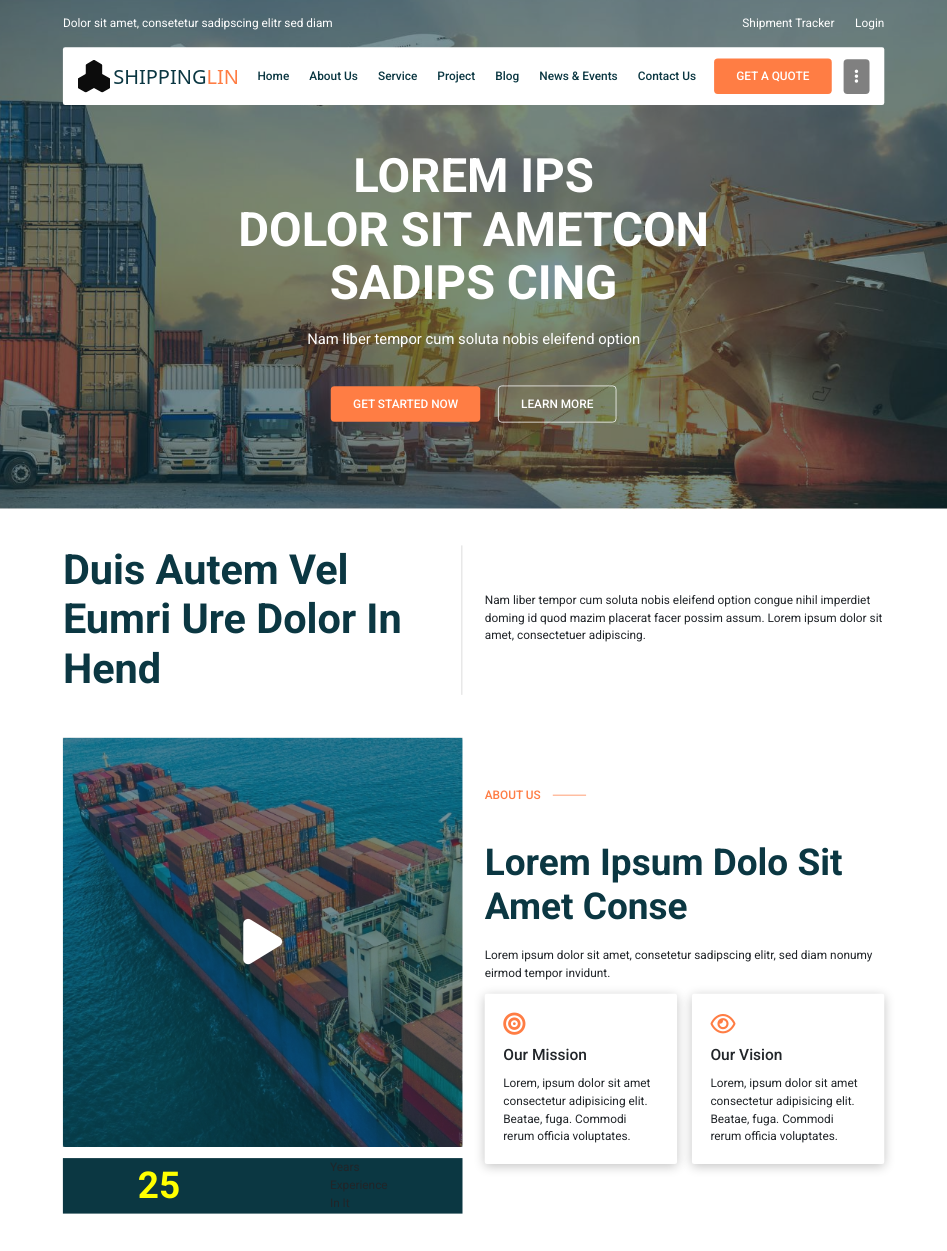
Repository: nazmulalok/shipping-template
Page: index.html
The author's editor kept a copy of each file at every save. The page is drawn from the files as they stood at one save, then again after the next save.
The browser window is 1280 px wide. The pictures show the whole page, at 74% of full size.
Some web libraries are served in a nearby version.

Above is the page before, as saved 2022-10-08 19:02:36.

### index.html
<!DOCTYPE html>
<html lang="en">

    <head>
        <meta charset="UTF-8">
        <meta http-equiv="X-UA-Compatible" content="IE=edge">
        <meta name="viewport" content="width=device-width, initial-scale=1.0">
        <link rel="preconnect" href="https://fonts.googleapis.com">
        <link rel="preconnect" href="https://fonts.gstatic.com" crossorigin>
        <link
            href="https://fonts.googleapis.com/css2?family=Roboto:ital,wght@0,300;0,400;0,500;0,700;0,900;1,300;1,400;1,500;1,700;1,900&display=swap"
            rel="stylesheet">
        <link rel="stylesheet" href="https://cdnjs.cloudflare.com/ajax/libs/font-awesome/6.2.0/css/all.min.css"
            integrity="sha512-xh6O/CkQoPOWDdYTDqeRdPCVd1SpvCA9XXcUnZS2FmJNp1coAFzvtCN9BmamE+4aHK8yyUHUSCcJHgXloTyT2A=="
            crossorigin="anonymous" referrerpolicy="no-referrer" />
        <link rel="stylesheet" href="https://cdn.jsdelivr.net/npm/bootstrap@4.0.0/dist/css/bootstrap.min.css"
            integrity="sha384-Gn5384xqQ1aoWXA+058RXPxPg6fy4IWvTNh0E263XmFcJlSAwiGgFAW/dAiS6JXm" crossorigin="anonymous">
        <link rel="stylesheet" href="style.css">
        <title>Document</title>
    </head>

    <body>
        <header class="header-top">
            <div class="container">
                <div class="top-bar">
                    <p class="m-0">Dolor sit amet, consetetur sadipscing elitr sed diam</p>
                    <div>
                        <span class="mr-4">Shipment Tracker</span>
                        <span>Login</span>
                    </div>
                </div>
                <div class="header-area">
                    <div class="logo">
                        <img src="images/box.svg" alt="Logo Box" class="me-2">
                        <img src="images/shipping-logo.svg" alt="Shipping Logo">
                    </div>
                    <nav>
                        <ul>
                            <li><a href="#">Home</a></li>
                            <li><a href="#">About Us</a></li>
                            <li><a href="#">Service</a></li>
                            <li><a href="#">Project</a></li>
                            <li><a href="#">Blog</a></li>
                            <li><a href="#">News & Events</a></li>
                            <li><a href="#">Contact Us</a></li>
                        </ul>
                    </nav>
                    <div class="nav-btn">
                        <a class="common-btn mr-3" href="#">Get A Quote</a>
                        <i class="fa-solid fa-ellipsis-vertical"></i>
                    </div>
                </div>
            </div>
        </header>
        <!-- Slider -->
        <section>
            <div class="main-slider">
                <div class="container">
                    <div class="slide-content">
                        <div class="slide-text">
                            <div class="slider-title mb-4">Lorem ips<br>
                                dolor sit ametcon<br>
                                sadips cing</div>
                            <p>Nam liber tempor cum soluta nobis eleifend option</p>
                            <div class="sliderBtn mt-5"><a class="common-btn mr-4" href="#">Get Started Now</a><a
                                    class="common-btn outline-btn" href="#">Learn More</a></div>
                        </div>
                    </div>
                </div>
            </div>
        </section>
        <!-- Slider Ends -->
        <div class="common-sec">
            <div class="container">
                <div class="row align-items-center">
                    <div class="col-lg-6">
                        <h1 class="border-heading">Duis Autem Vel Eumri
                            Ure Dolor In Hend</h1>
                    </div>
                    <div class="col-lg-6">
                        <p class="ms-4">Nam liber tempor cum soluta nobis eleifend option congue nihil imperdiet doming
                            id quod mazim
                            placerat facer possim assum. Lorem ipsum dolor sit amet, consectetuer adipiscing.</p>
                    </div>
                </div>
                <div class="row align-items-center mt-5">
                    <div class="col-lg-6">
                        <div class="video-box img-box img-shadow">
                            <img src="images/ship-products.jpg" alt="Ship Products" />
                            <a data-fancybox="" href="" class="video-btn">
                                <i class="fa fa-play"></i>
                            </a>
                        </div>
                        <div class="exp-section">
                            <div class="exp-title">
                                25
                            </div>
                            <div class="exp-paragraph">
                                Years <br>Experience <br>In It
                            </div>
                        </div>
                    </div>
                    <div class="col-lg-6">
                        <span class="sp-title">About Us</span>
                        <h2 class="mb-4">Lorem Ipsum Dolo
                            Sit Amet Conse</h2>
                        <p>Lorem ipsum dolor sit amet, consetetur sadipscing elitr, sed diam nonumy eirmod tempor
                            invidunt.</p>
                        <div class="boxes">
                            <div class="common-box">
                                <div class="content">
                                    <i class="fa-solid fa-bullseye"></i>
                                    <div class="box-title">
                                        Our Mission
                                    </div>
                                    <p>Lorem, ipsum dolor sit amet consectetur adipisicing elit. Beatae, fuga. Commodi
                                        rerum
                                        officia voluptates.</p>
                                </div>
                            </div>
                            <div class="common-box">
                                <div class="content">
                                    <i class="fa-regular fa-eye"></i>
                                    <div class="box-title">
                                        Our Vision
                                    </div>
                                    <p>Lorem, ipsum dolor sit amet consectetur adipisicing elit. Beatae, fuga. Commodi
                                        rerum
                                        officia voluptates.</p>
                                </div>
                            </div>
                        </div>
                    </div>
                </div>
            </div>
        </div>














        <script src="https://code.jquery.com/jquery-3.2.1.slim.min.js"
            integrity="sha384-KJ3o2DKtIkvYIK3UENzmM7KCkRr/rE9/Qpg6aAZGJwFDMVNA/GpGFF93hXpG5KkN"
            crossorigin="anonymous"></script>
        <script src="https://cdn.jsdelivr.net/npm/popper.js@1.12.9/dist/umd/popper.min.js"
            integrity="sha384-ApNbgh9B+Y1QKtv3Rn7W3mgPxhU9K/ScQsAP7hUibX39j7fakFPskvXusvfa0b4Q"
            crossorigin="anonymous"></script>
        <script src="https://cdn.jsdelivr.net/npm/bootstrap@4.0.0/dist/js/bootstrap.min.js"
            integrity="sha384-JZR6Spejh4U02d8jOt6vLEHfe/JQGiRRSQQxSfFWpi1MquVdAyjUar5+76PVCmYl"
            crossorigin="anonymous"></script>
    </body>

</html>

### style.css
/* Common CSS Starts*/
*,
*::before,
*::after {
    box-sizing: border-box;
    margin: 0;
    padding: 0;
}

html {
    scroll-behavior: smooth;
}

:root {
    --main-color: #FF7D44;
    --secondary-color: #0B3742;
    --tertiary-color: #FFFFFF;
}

body {
    font-family: 'Roboto', sans-serif;
}

a.white-space {
    white-space: nowrap;
}

/* Common CSS Ends */

/* slider style starts */

.main-slider>* {
    z-index: 10;
}

.main-slider {
    background: url(images/shipping-banner.jpg);
    height: 700px;
    width: 100%;
    background-size: cover;
    background-repeat: no-repeat;
    background-position: center;
    position: relative;
    display: flex;
    align-items: center;
    transition: all 1s;
    margin-top: -155px;
    z-index: 50;
}

.main-slider:before {
    content: '';
    width: 100%;
    height: 100%;
    top: 0;
    left: 0;
    position: absolute;
    background-color: rgb(11 55 66 / 55%);
    z-index: 1;
}

.slide-content {
    text-align: center;
}

.slide-text {
    color: var(--tertiary-color);
    padding-top: 100px;
}

.slider-title {
    font-size: 4rem;
    font-weight: 600;
    line-height: 4.5rem;
    text-transform: uppercase;
}

.slide-text p {
    font-size: 20px;
}

a.common-btn {
    display: inline-block;
    text-decoration: none;
    color: var(--tertiary-color);
    background: var(--main-color);
    padding: 12px 30px;
    border-radius: 5px;
    font-size: 16px;
    font-weight: 500;
    text-transform: uppercase;
    transition: all 1s ease;
}

a.common-btn:hover {
    background: var(--tertiary-color);
    color: var(--secondary-color);
}

a.common-btn.outline-btn {
    background: transparent !important;
    border: 1px solid var(--tertiary-color);
}

a.common-btn.outline-btn:hover {
    background: var(--tertiary-color) !important;
}

/* Header style starts */

.header-top {
    z-index: 100;
    background: transparent;
    position: relative;
}

.top-bar,
.header-area {
    display: flex;
    justify-content: space-between;
    align-items: center;
    color: var(--tertiary-color);
}

.top-bar {
    padding: 20px 0px;
}

.header-area {
    background: var(--tertiary-color);
    padding: 15px 20px;
    border-radius: 3px;
}

nav ul {
    list-style-type: none;
    color: var(--secondary-color);
    display: flex;
    gap: 1.7rem;
    margin: 0;
}

nav ul a {
    color: var(--secondary-color);
    text-decoration: none;
    font-size: 16px;
    font-weight: 500;
    transition: all 0.5s;
}

nav ul a:hover {
    color: var(--main-color);
    transition: all 0.5s;
}

.nav-btn {
    align-items: center;
    display: flex;
}

.nav-btn i {
    color: var(--tertiary-color);
    font-size: 21px;
    background: gray;
    padding: 13px 15px;
    border-radius: 5px;
}

/* Headings Styles */

h1 {
    font-size: 56px;
}

h2 {
    font-size: 50px;
}

h3 {
    font-size: 44px;
}

h4 {
    font-size: 38px;
}

h5 {
    font-size: 32px;
}

h6 {
    font-size: 26px;
}

h1,
h2,
h3,
h4,
h5,
h6 {
    font-weight: 700;
    margin-bottom: 10px;
    color: var(--secondary-color);
}

/* Section Styles */

.py-50,
.common-sec {
    padding-top: 50px;
    padding-bottom: 50px;
}

.common-sec {
    position: relative;
    z-index: 0;
}

.common-sec:nth-child(even):before {
    content: "";
    position: absolute;
    width: 1000%;
    height: 100%;
    top: 50%;
    left: 50%;
    transform: translate(-50%, -50%);
    background-color: #f9f9f9;
    border-bottom: 1px solid #f6f6f6;
    z-index: -1;
}

/* Image box style */

.img-box {
    border-radius: 3px;
    transition: 0.5s;
    margin-bottom: 15px;
    text-align: center;
    position: relative;
}

.img-box img {
    border-radius: 3px;
}

.img-box:last-child {
    margin-bottom: 0;
}

figure.img-box img+figcaption {
    margin-top: 10px;
    text-align: left;
    padding: 10px;
    border-radius: 3px;
    box-shadow: -5px 5px 20px 0 rgb(0 0 0 / 5%);
}

.img-box.img-shadow:before {
    content: '';
    width: 100%;
    height: 100%;
    position: absolute;
    top: 0;
    left: 0;
    background-color: rgb(11 55 66 / 55%);
}

/* Video Box */

.video-box {
    position: relative;
}

.video-box img {
    border-radius: 3px;
    width: 100%;
}

.video-btn {
    position: absolute;
    text-align: center;
    color: var(--tertiary-color);
    font-size: 30px;
    border: none;
    left: 50%;
    top: 50%;
    -webkit-transform: translate(-50%, -50%);
    transform: translate(-50%, -50%);
    display: flex;
    justify-content: center;
    align-items: center;
    text-decoration: none !important;
    box-shadow: none;
    transition: 0.5s;
}

.video-btn .fa-play {
    color: var(--tertiary-color);
    position: relative;
    z-index: 99;
    -webkit-transition: color 0.5s;
    transition: 0.5s;
    text-decoration: none;
    line-height: 80px;
    font-size: 70px;
}

.video-btn:hover {
    color: inherit;
}

.video-btn:hover .fa-play {
    color: var(--main-color);
}

.video-btn:before,
.video-btn:after {
    display: none;
}

/* Common Box Styles */

.common-box {
    box-shadow: rgb(0 0 0 / 24%) 0px 3px 15px;
    height: 100%;
    background-color: #fff;
    border-radius: 3px;
    transition: all 0.5s ease;
}

.common-box>.img-box {
    margin-bottom: 0;
}

.common-box .common-heading:last-child,
.common-box p:last-child,
.common-box ul:last-child,
.common-box ul:last-child li:last-child,
.common-box .img-box:last-child {
    margin-bottom: 0;
}

.common-box>.content {
    padding: 25px;
}

/* Other CSS Starts */

.border-heading {
    border-right: 2px solid #E8E8E8;
}

.sp-title {
    display: flex;
    text-transform: uppercase;
    color: var(--main-color);
    font-weight: 500;
    align-items: center;
    margin-bottom: 3rem;
}

.sp-title:after {
    content: '';
    width: 20px;
    height: 1px;
    background: var(--main-color);
    flex: 0.1;
    margin-left: 1rem;
}

.boxes {
    display: grid;
    grid-template-columns: 1fr 1fr;
    grid-gap: 20px;
}

.common-box i {
    color: var(--main-color);
    font-size: 30px;
}

.common-box .box-title {
    font-size: 21px;
    font-weight: 500;
    margin: 10px 0px;
}

.common-box:hover {
    background-color: var(--main-color);
    color: var(--tertiary-color);
    transition: all 0.5s ease;
}

.common-box:hover i {
    color: var(--tertiary-color);
    transition: all 1s ease;
}

.exp-section {
    background: var(--secondary-color);
    display: flex;
    align-items: center;
    justify-content: space-around;
}

.exp-section .exp-title {
    color: #FFFF00;
    font-size: 50px;
    font-weight: 600;
}

After the next save:
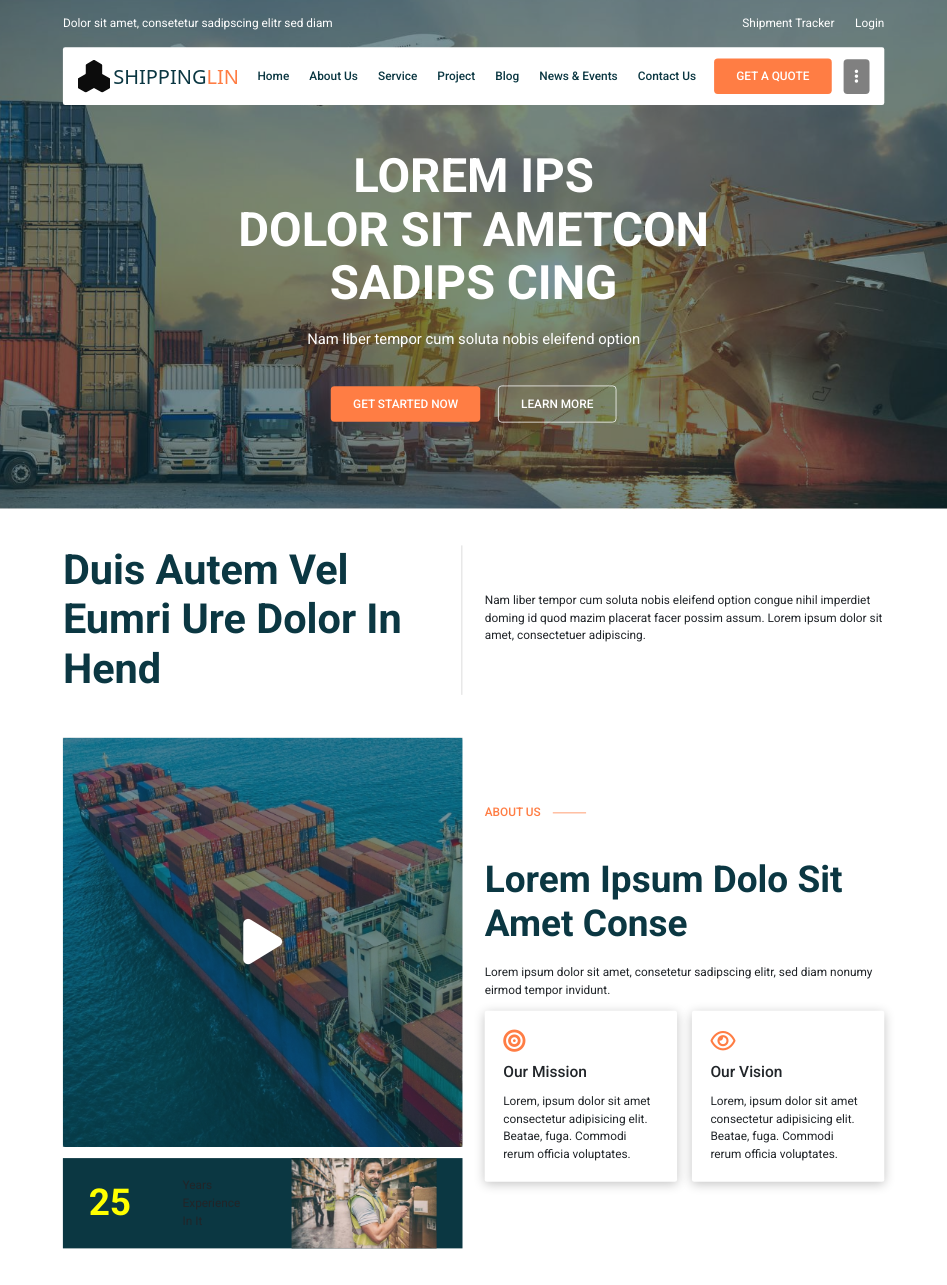
Saved 4 min 19 s later.
--- a/index.html
+++ b/index.html
@@ -98,6 +98,7 @@
                             <div class="exp-paragraph">
                                 Years <br>Experience <br>In It
                             </div>
+                            <img src="images/exp-bg.png" alt="Experience">
                         </div>
                     </div>
                     <div class="col-lg-6">
